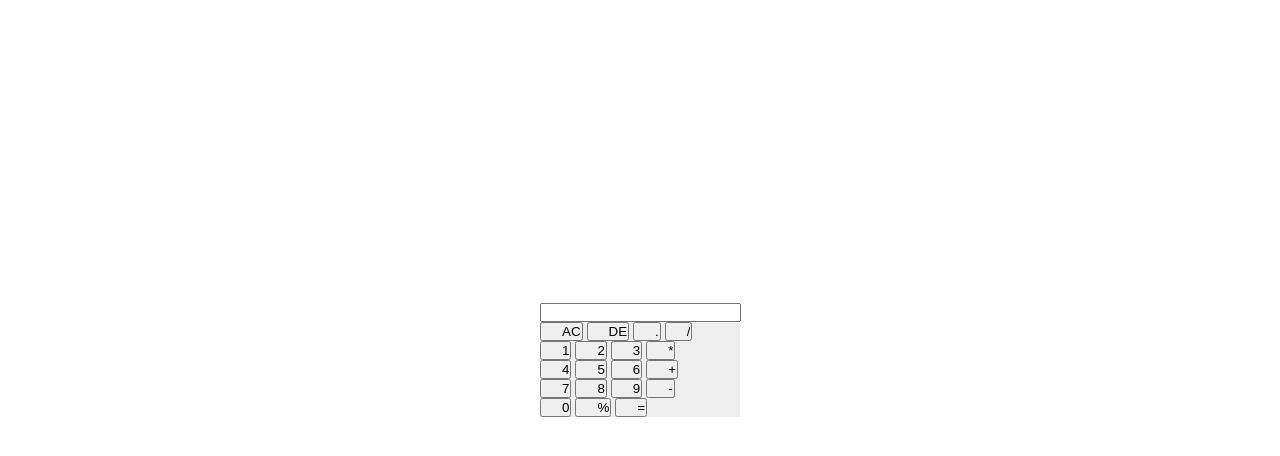
Repository: jerrys-arch/web-calculator
Page: index.html
The author's editor kept a copy of each file at every save. The page is drawn from the files as they stood at one save, then again after a run of saves.
The browser window is 1280 px wide. The pictures show the whole page.

Above is the page before, as saved 2024-11-30 04:58:48.

### index.html
<!DOCTYPE html>
<html lang="en">
<head>
    <meta charset="UTF-8">
    <meta name="viewport" content="width=device-width, initial-scale=1.0">
    <title>calculator</title>
    <link rel="stylesheet" href="styles.css">
</head>
<body>
    <div class="container">
        <div class="calculator">
            <form>
            <div class="display">
                <input id="display" type="text">
            </div>
            <div>
                <input type="button" value="AC">
                <input type="button" value="DE">
                <input type="button" value=".">
                <input type="button" value="/">
            </div>
            <div>
                <input type="button" value="1">
                <input type="button" value="2">
                <input type="button" value="3">
                <input type="button" value="*">
            </div>
            <div>
                <input type="button" value="4">
                <input type="button" value="5">
                <input type="button" value="6">
                <input type="button" value="+">
            </div>
            <div>
                <input type="button" value="7">
                <input type="button" value="8">
                <input type="button" value="9">
                <input type="button" value="-">
            </div>
            <div>
                <input type="button" value="0">
                <input type="button" value="%">
                <input type="button" value="=">
            </div>
        </form>
        </div>
    </div>
</body>
</html>

### styles.css
*{
    margin:0;
    padding:0;
    box-sizing: border-box;
}

.container{
    display:flex;
    align-items: center;
    justify-content: center;
    height:100vh;

}
.calculator{
    margin:20px;
    width:200px;
    background: #eee;
}
.calculator form input{
    width:;
    padding-left: 20px;

}

After the next 3 saves:
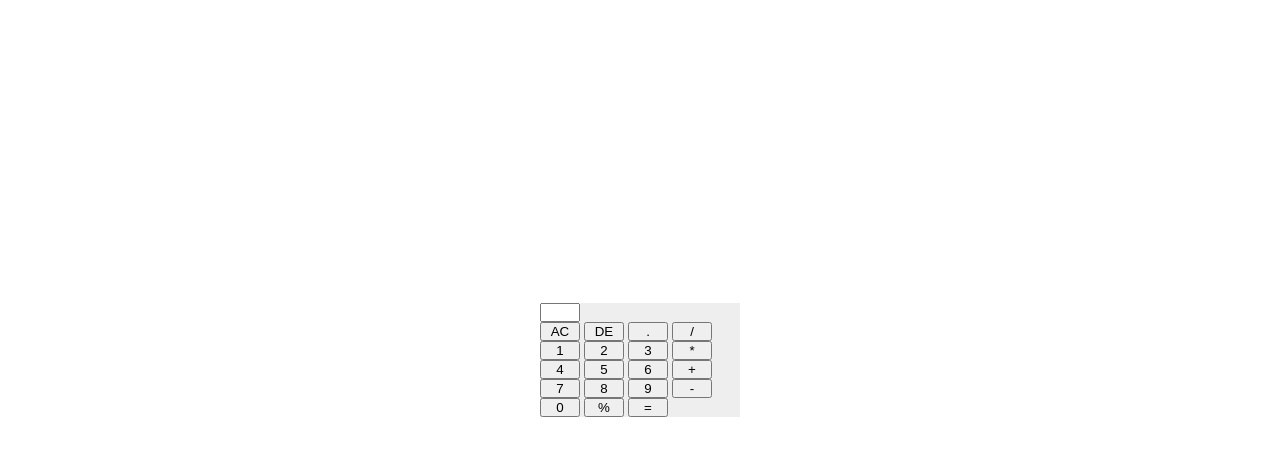
The 3 saves are shown as one change because they came seconds apart.
The last was saved 16 s later.
--- a/styles.css
+++ b/styles.css
@@ -17,7 +17,8 @@
     background: #eee;
 }
 .calculator form input{
-    width:;
+    width:20%;
+    L
     padding-left: 20px;
 
 }
